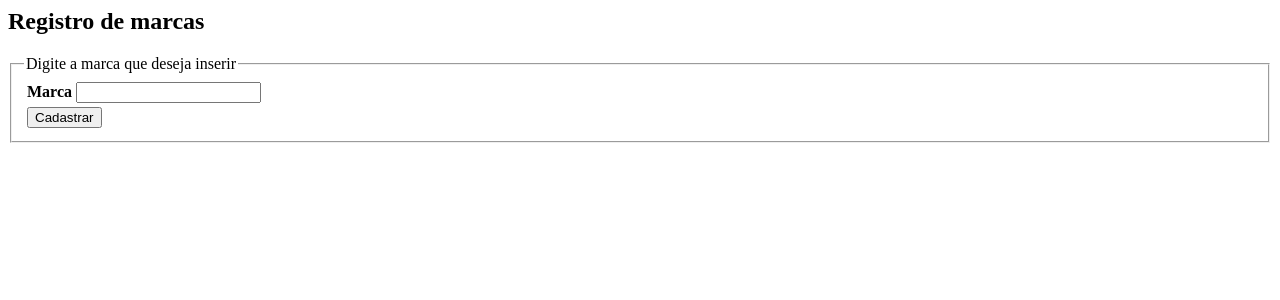
Repository: alysonrode/ProjetoTrilhaWeb
Page: ProjetoTrilhaWeb/WebContent/pages/admin/brands/index.html
The author's editor kept a copy of each file at every save. The page is drawn from the files as they stood at one save, then again after the next save.
The browser window is 1280 px wide. The pictures show the whole page.

Above is the page before, as saved 2019-11-04 23:29:44.

### ProjetoTrilhaWeb/WebContent/pages/admin/brands/index.html
<script src="../../js/brands.js"></script>

<h2>Registro de marcas</h2>
<form name="frmInserirMarcas" id="inserirMarcas" class="frmInserir">
	<fieldset>
		<legend>Digite a marca que deseja inserir</legend>
		<table>
			<tr>
				<th>Marca</th>
				<td>
					<input type="text" name="marca">
				</td>
			</tr>
			<tr>
				<td colspan='2'>
					<button type="button" onclick="COLDIGO.marca.inserir()"> Cadastrar </button>
				</td>
			</tr>

			</div>
		</table>
	</fieldset>
<div id="listaMarcas" class="listaDeMarcas">
</form>

Loaded but not shown: ProjetoTrilhaWeb/WebContent/js/brands.js (no copy from this time; the picture is the same without it)

After the next save:
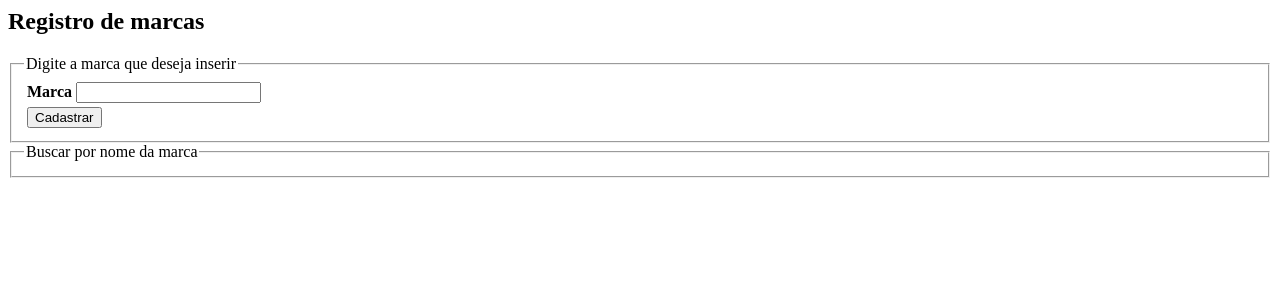
Saved 3 min 8 s later.
--- a/ProjetoTrilhaWeb/WebContent/pages/admin/brands/index.html
+++ b/ProjetoTrilhaWeb/WebContent/pages/admin/brands/index.html
@@ -21,4 +21,12 @@
 		</table>
 	</fieldset>
 <div id="listaMarcas" class="listaDeMarcas">
+<div>
+	<fieldset>
+		<legend> Buscar por nome da marca </legend>
+		<form>
+			<label for="nome"></label>
+		</form>
+	</fieldset>
+</div>
 </form>
